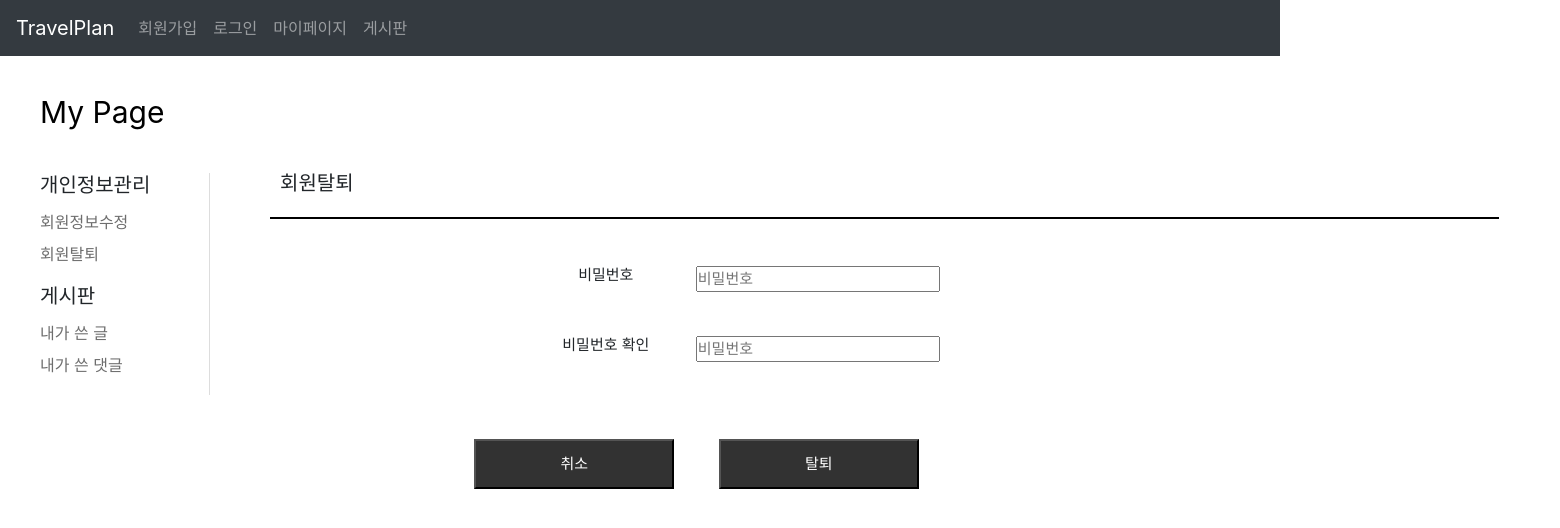
Repository: sna145815/Travel_v1
Page: http://localhost/Travel_v1/WEB-INF/view/deleteuser.jsp
The author's editor kept a copy of each file at every save. The page is drawn from the files as they stood at one save, then again after the next save.
The browser window is 1280 px wide. The page is 1560 px wide, so the pictures cover 1560 px, including what lies to the right of the window. The pictures show the whole page.
The page is served by Tomcat 9. Nobody is signed in. The template is opened directly, without the code that normally fills it, so the values that code supplies are empty.

Above is the page before, as saved 2022-11-06 14:32:48.

After the next save:
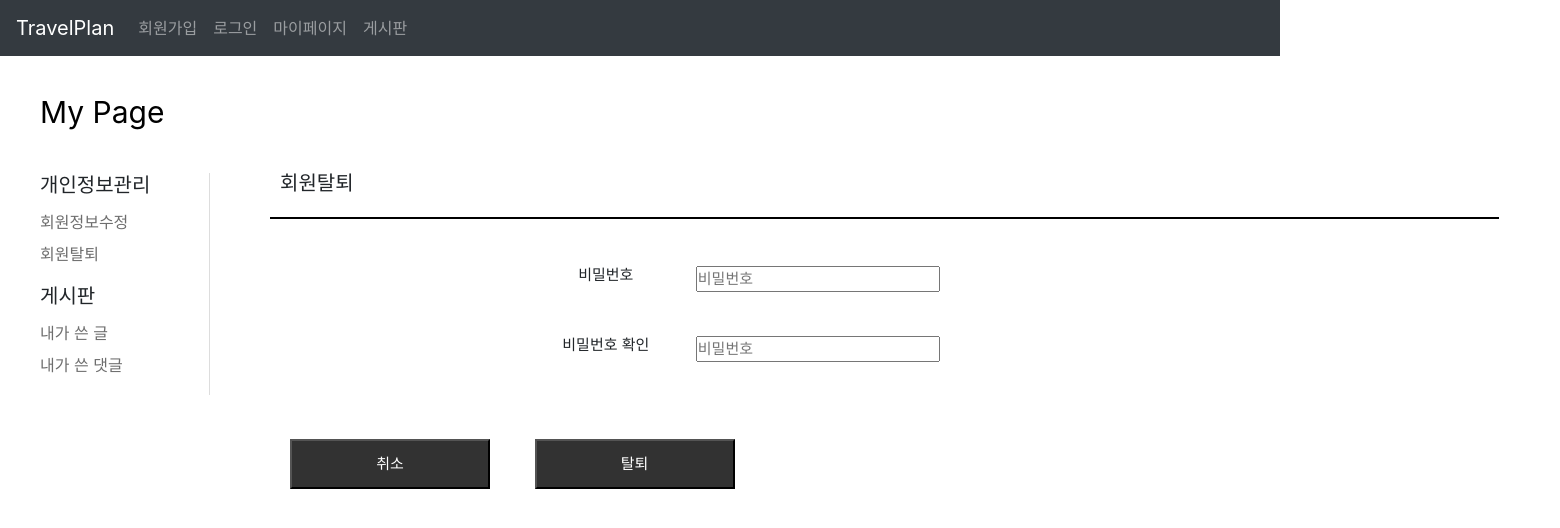
Saved 17 s later.
--- a/Travel_v1/src/main/webapp/WEB-INF/view/deleteuser.jsp
+++ b/Travel_v1/src/main/webapp/WEB-INF/view/deleteuser.jsp
@@ -98,7 +98,7 @@
 			word-break: break-all;
 		}
 		.button {
-			margin-left: 15%;
+			margin: 0 auto;
 		}
 		.btn_cancel, .btn_delete {
 			width: 200px;
